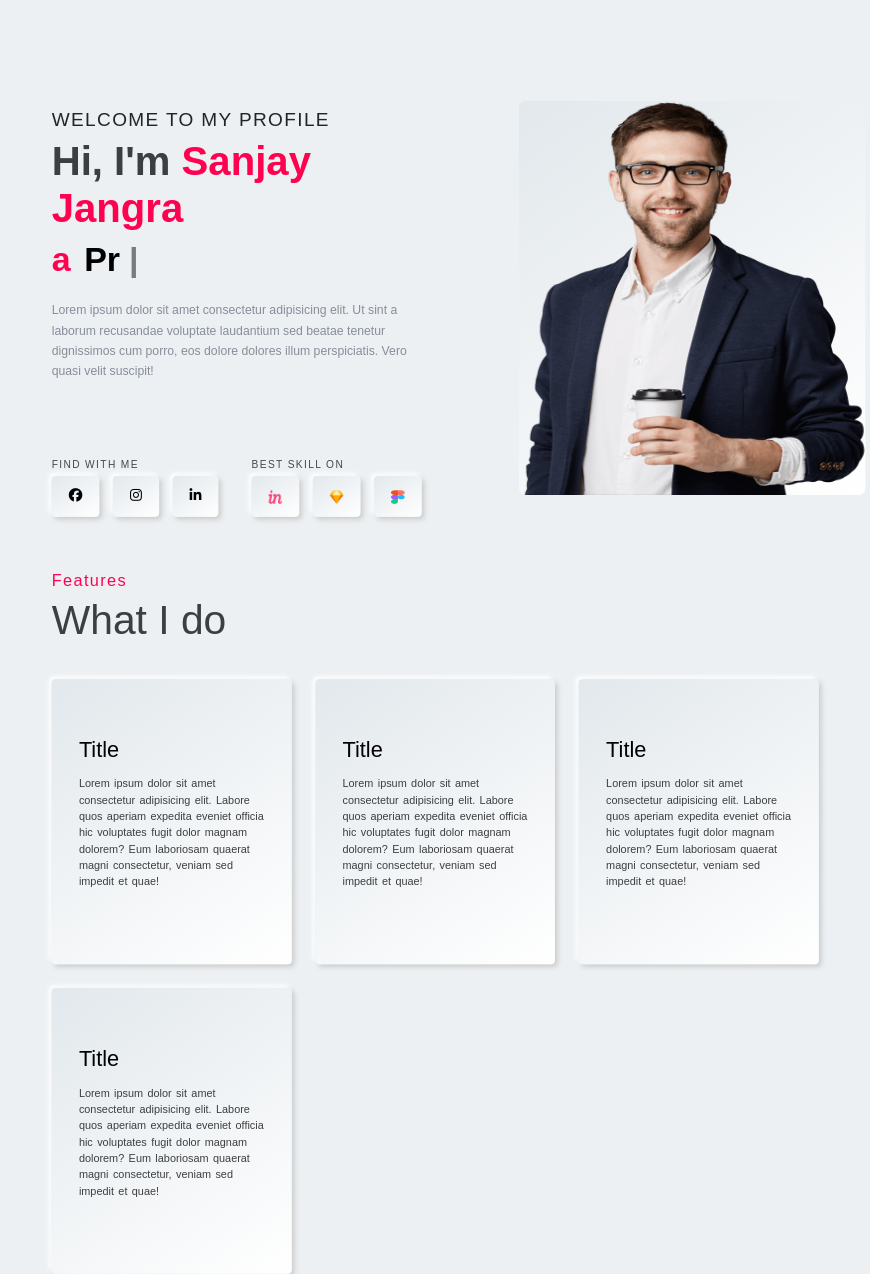
Repository: Sanjayjangra88/PortFolio
Page: /
The author's editor kept a copy of each file at every save. The page is drawn from the files as they stood at one save, then again after the next save.
The browser window is 1280 px wide. The pictures show the whole page, at 68% of full size.
Some web libraries are served in a nearby version. The project was rebuilt for these pictures with package versions that can differ from the ones it lists, and the page was loaded fresh each time. Also part of the build but not shown: src/Components/Header/Header.jsx.

Above is the page before, as saved 2022-09-10 22:20:03.

After the next save:
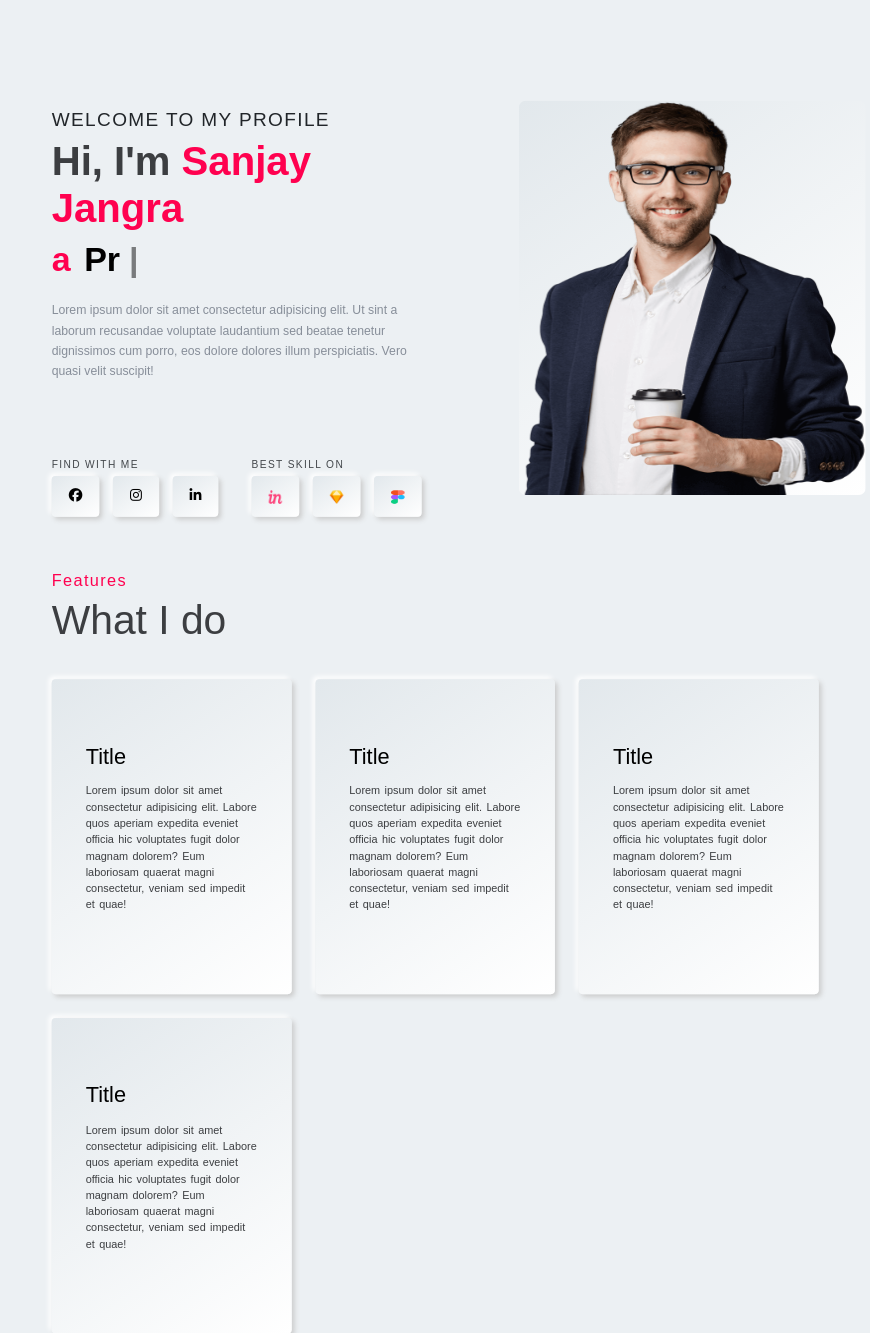
Saved 10 s later.
--- a/src/Components/Features/features.css
+++ b/src/Components/Features/features.css
@@ -1,5 +1,5 @@
 .features .box{
-    padding: 40px;
+    padding: 50px;
     }
     .features .box h2{
         margin: 20px 0 20px 0;
